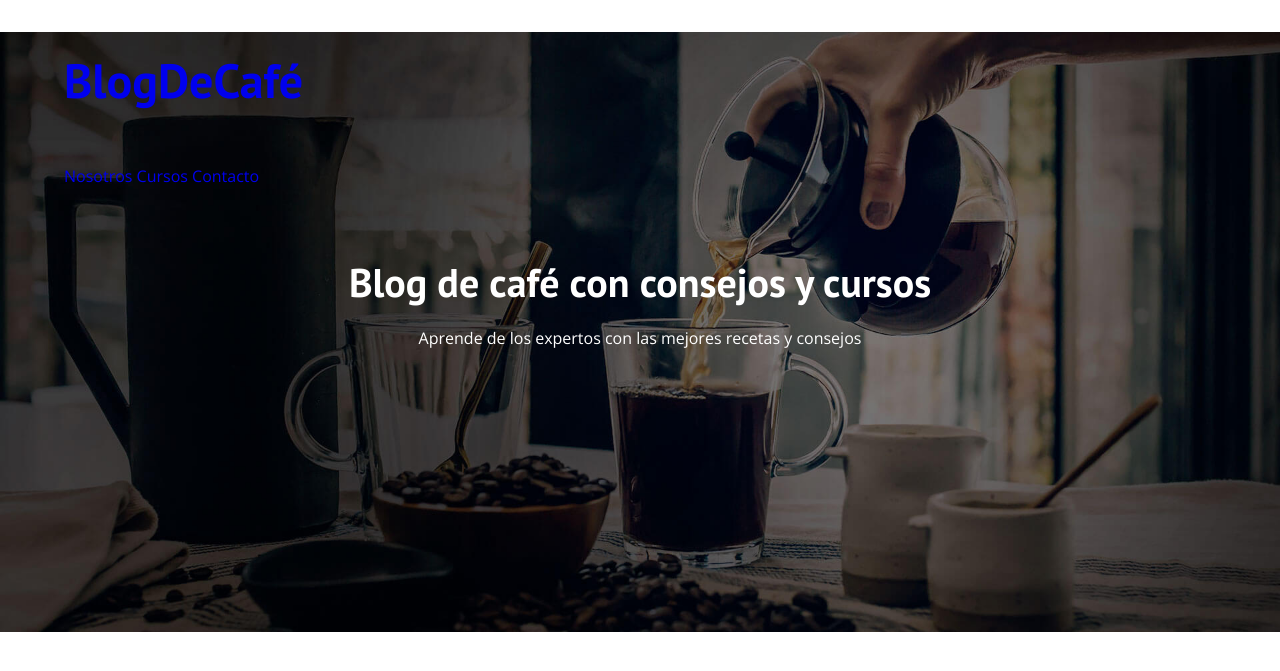
Repository: araque1990/blog_de_cafe
Page: index.html
An editor plug-in stored every save of this project. The page is shown before and after the next save, followed by the edit.
The browser window is 1280 px wide. The pictures show the whole page.

Above is the page before, as saved 2023-01-11 11:31:36.

### index.html
<!DOCTYPE html>
<html lang="es">
<head>
  <meta charset="UTF-8">
  <meta http-equiv="X-UA-Compatible" content="IE=edge">
  <meta name="viewport" content="width=device-width, initial-scale=1.0">
  <title>Blog de Café</title>
  <link rel="stylesheet" href="css/normalize.css">
  <link rel="preconnect" href="https://fonts.googleapis.com"><link rel="preconnect" href="https://fonts.gstatic.com" crossorigin><link href="https://fonts.googleapis.com/css2?family=Open+Sans&family=PT+Sans:wght@400;700&display=swap" rel="stylesheet">
  <link rel="stylesheet" href="css/styles.css">
</head>
<body>

  <header class="header">
    <div class="contenedor">
      <div class="barra">
        <a class="logo" href="index.html">
          <h1 class="logo__nombre">Blog<span class="logo__bold">DeCafé</span></h1>
        </a>

        <nav class="navegacion">
          <a href="nosotros.html" class="navegacion__enlace">Nosotros</a>
          <a href="cursos.html" class="navegacion__enlace">Cursos</a>
          <a href="contacto.html" class="navegacion__enlace">Contacto</a>
        </nav>
      </div>
    </div>
    <div class="header__texto">
      <h2 class="no-margin">Blog de café con consejos y cursos</h2>
      <p class="no-margin">Aprende de los expertos con las mejores recetas y consejos</p>
    </div>
  </header>

</body>
</html>

### css/styles.css
:root {
  --fuenteHeading: 'PT Sans', sans-serif;
  --fuenteParrafos: 'Open Sans', sans-serif;

  --primario: #784D3C;
  --blanco: #FFF;
  --negro: #000;
}
html {
  box-sizing: border-box;
  font-size: 62.5%;
}
*, *:before, *:after {
  box-sizing: inherit;
}
body {
  font-family: var(--fuenteParrafos);
  font-size: 1.6rem;
  line-height: 2;
}

/* Globales */
.contenedor {
  max-width: 120rem;
  width: 90%;
  margin: 0 auto;
}
a {
  text-decoration: none;
}
h1, h2, h3, h4 {
  font-family: var(--fuenteHeading);
}
h1 {
  font-size: 4.8rem;
}
h2 {
  font-size: 4rem;
}
h3 {
  font-size: 3.2rem;
}
h4 {
  font-size: 2.8rem;
}
img {
  max-width: 100%;
}

/* Utilidades */
.no-margin {
  margin: 0;
}
.no-padding {
  padding: 0;
}
.centrar-texto {
  text-align: center;
}

/* Header */
.header {
  background-image: url(../img/banner.jpg);
  height: 60rem;
  background-size: cover;
  background-repeat: no-repeat;
  background-position: center center;
}
.header__texto {
  text-align: center;
  color: var(--blanco);
  margin-top: 5rem;
}

Loaded but not shown: css/normalize.css (library)

After the next save:
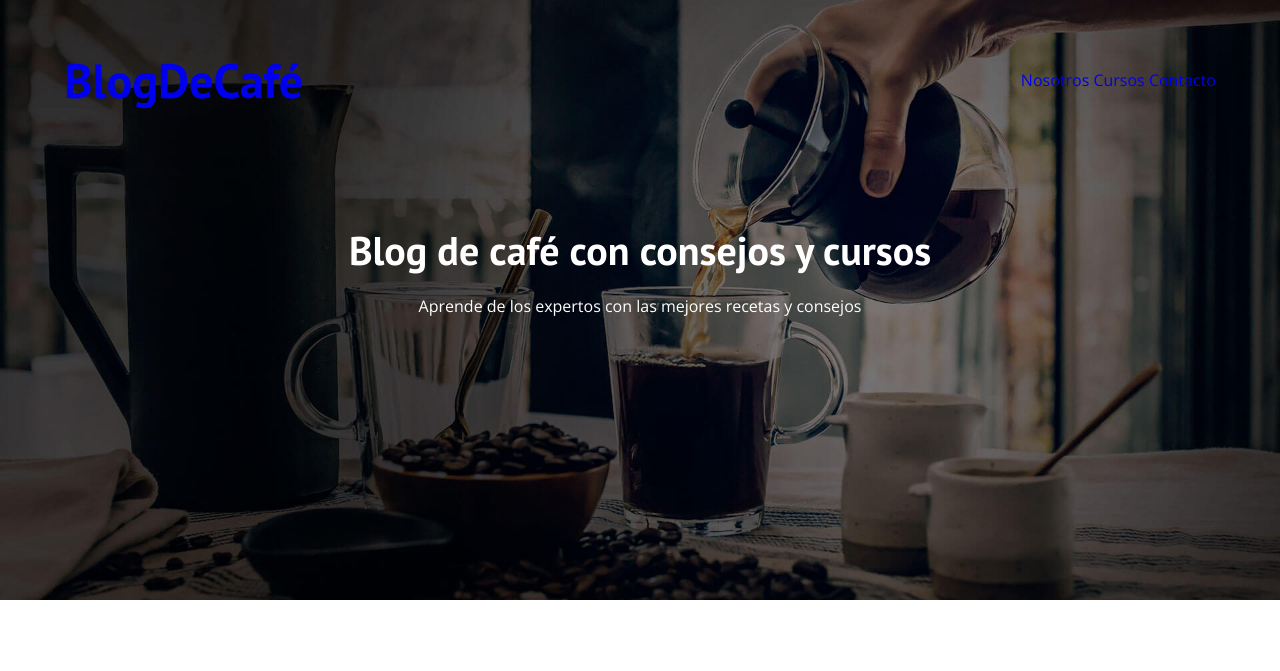
Saved 2 min 28 s later.
--- a/css/styles.css
+++ b/css/styles.css
@@ -71,3 +71,11 @@ img {
   color: var(--blanco);
   margin-top: 5rem;
 }
+
+@media (min-width: 768px) {
+  .barra {
+    display: flex;
+    justify-content: space-between;
+    align-items: center;
+  }
+}
